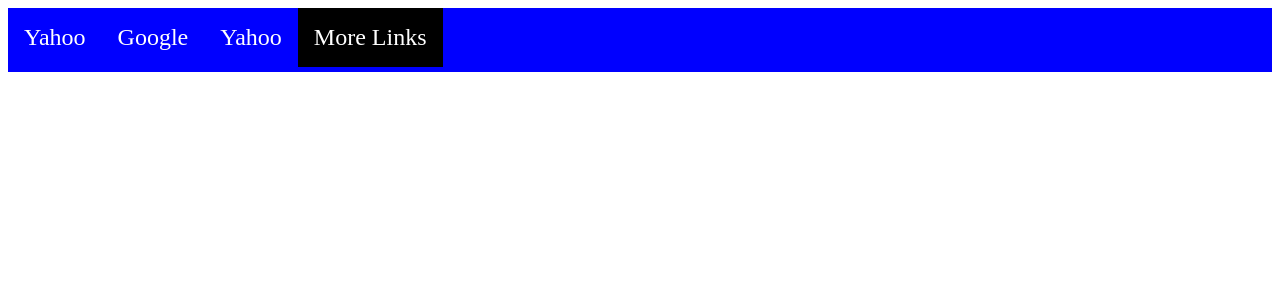
Repository: jason-ward220/jason-ward220.github.io
Page: index.html
The author's editor kept a record of every edit. The page is drawn from the files as they stood at one moment, then again after the next edit.
The browser window is 1280 px wide. The pictures show the whole page.

Above is the page before.

### index.html
<!DOCTYPE html>
<html>
    <head>
        <title>repl.it</title>
        <style>
            .navbar
            {
                background-color: blue;
                width: 100%;
                height: 64px;
            }
            .navbar a, .morelinks
            {
                color: white;
                font-size: 24px;
                text-decoration: none;
                padding:16px;
                float:left;
            }
            .navbar a:hover, .morelinks:hover
            {
                background-color: darkBlue;
                opacity: 0.5;
            }
            .morelinks:hover .dropdown-content
            {
                display:block;
            }

            .dropdown-content
            {
                position: absolute;
                z-index: 1;
                display: none;
            }
            .dropdown
            {
                background-color: black;
                color: white;
                float: left;
                text-decoration: none;
                font-size: 24px;
            }
        </style>
    </head>
    <body>
        <div class="navbar">
            <a href="https://www.yahoo.com">Yahoo</a>
            <a href="https://www.google.com">Google</a>
            <a href="https://www.yahoo.com">Yahoo</a>
            <div class="dropdown">
                <div class="morelinks">More Links</div>
                <div class="dropdown-content">
                    <a href="https://www.awseducate.com">AWS Educate</a>
                    <a href="https://www.collegeboard.org">College Board</a>
                </div>
            </div>
        </div>
    </body>
</html>

After the next edit:
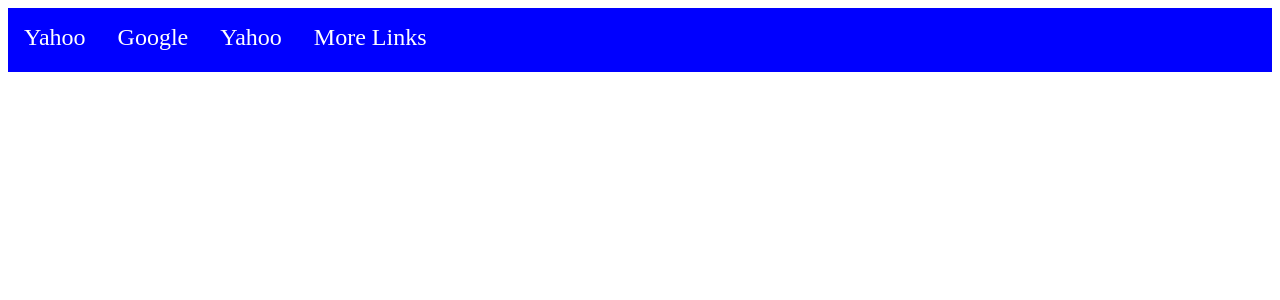
The edit:
--- a/index.html
+++ b/index.html
@@ -35,7 +35,7 @@
             }
             .dropdown
             {
-                background-color: black;
+                background-color: blue;
                 color: white;
                 float: left;
                 text-decoration: none;
